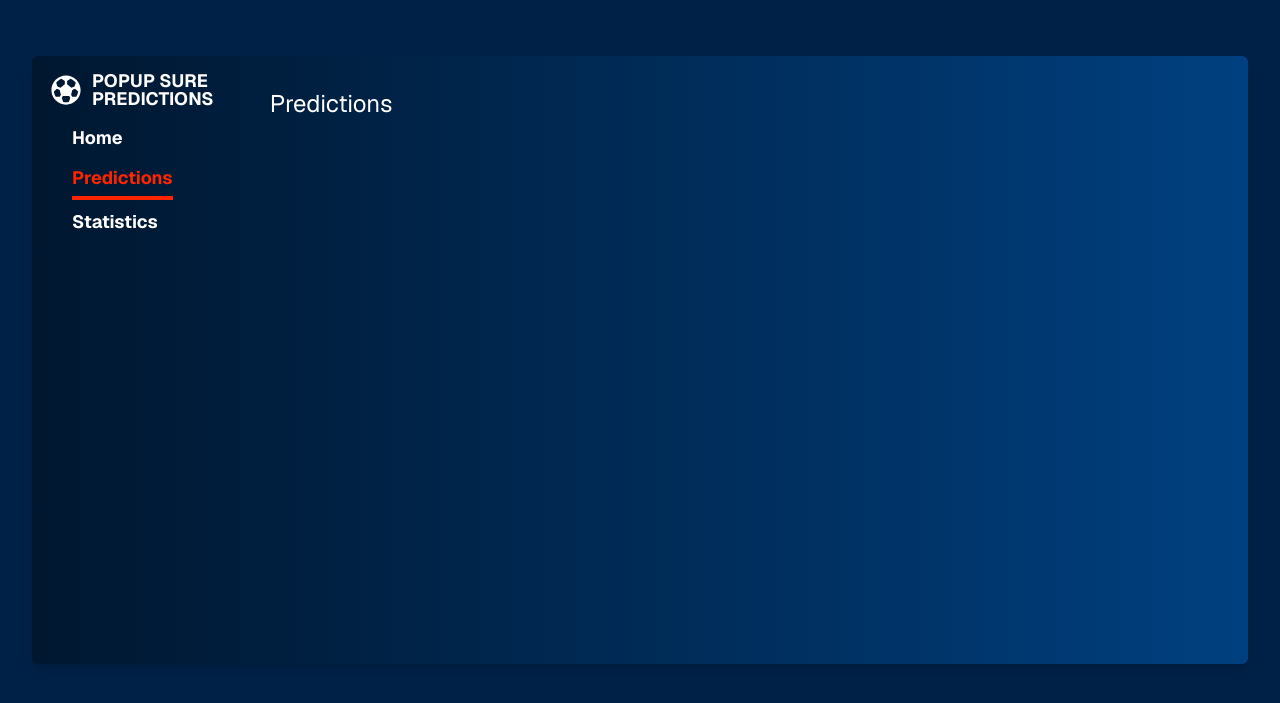
Repository: prototypedave/AlgoFooty
Page: /predictions (app in frontend/algo-footy/)
These files come from the project's save history. The page is drawn as it stood at one moment and after the next save; the edit follows.
The browser window is 1280 px wide. The pictures show the whole page.
The project was rebuilt for these pictures with package versions that can differ from the ones it lists, and the page was loaded fresh each time. The framework's server and built-in components were replaced by stand-ins that run in the browser. Also part of the build but not shown: frontend/algo-footy/next.config.ts.

Above is the page before, as saved 2025-11-03 06:30:04.

### frontend/algo-footy/app/predictions/page.tsx
"use client";

import Link from "next/link";
import { IoMdFootball } from "react-icons/io";
import { usePathname } from "next/navigation";

export default function Predictions() {
    const pathname = usePathname();
    return (
        <div className="relative flex flex-col min-h-screen items-center justify-center bg-oxford-blue font-sans">
            <nav className="absolute inset-x-0 top-0 bottom-0 bg-gradient-to-r from-[#001730] to-[#004080] text-white max-h-full rounded-md mx-8 my-14 shadow-lg flex gap-10 p-4">
                <div className="flex flex-col">
                    <div className="flex gap-2">
                        <IoMdFootball className="text-4xl"/>
                        <p className="text-lg font-bold leading-none">
                            <span className="block">POPUP SURE </span>
                            <span className="block">PREDICTIONS</span>
                        </p>
                    </div>
                    <div className="flex flex-col items-start gap-2 pt-4 pl-6 font-bold text-lg text-white">
                        <Link
                            href="/home"
                            className={`pb-1 ${
                            pathname === "/home"
                                ? "border-b-4 border-black font-bold"
                                : "border-b-0"
                            }`}
                        >
                            Home
                        </Link>
                        <Link href="/predictions"
                            className={`inline-block pb-1 ${
                                pathname === "/predictions"? "border-b-4 border-orange-red font-bold text-orange-red" : "border-b-0 border-orange-red"
                            }`}>Predictions</Link>
                        <Link href={"/statistics"}>Statistics</Link>
                    </div>
                </div>
                <div className="flex flex-col p-4">
                    <h1 className="text-2xl">Predictions</h1>
                </div>
            </nav>
        </div>
    );
}

### frontend/algo-footy/app/globals.css
@import "tailwindcss";

:root {
  --background: #ffffff;
  --foreground: #171717;
}

@theme inline {
  --color-background: var(--background);
  --color-foreground: var(--foreground);
  --font-sans: var(--font-geist-sans);
  --font-mono: var(--font-geist-mono);
}

@theme {
  --color-oxford-blue: #002147;
  --color-orange-red: #FF2400;
}

@media (prefers-color-scheme: dark) {
  :root {
    --background: #0a0a0a;
    --foreground: #ededed;
  }
}

body {
  background: var(--background);
  color: var(--foreground);
  font-family: Arial, Helvetica, sans-serif;
}

Loaded but not shown: frontend/algo-footy/app/layout.tsx (common file)

After the next save:
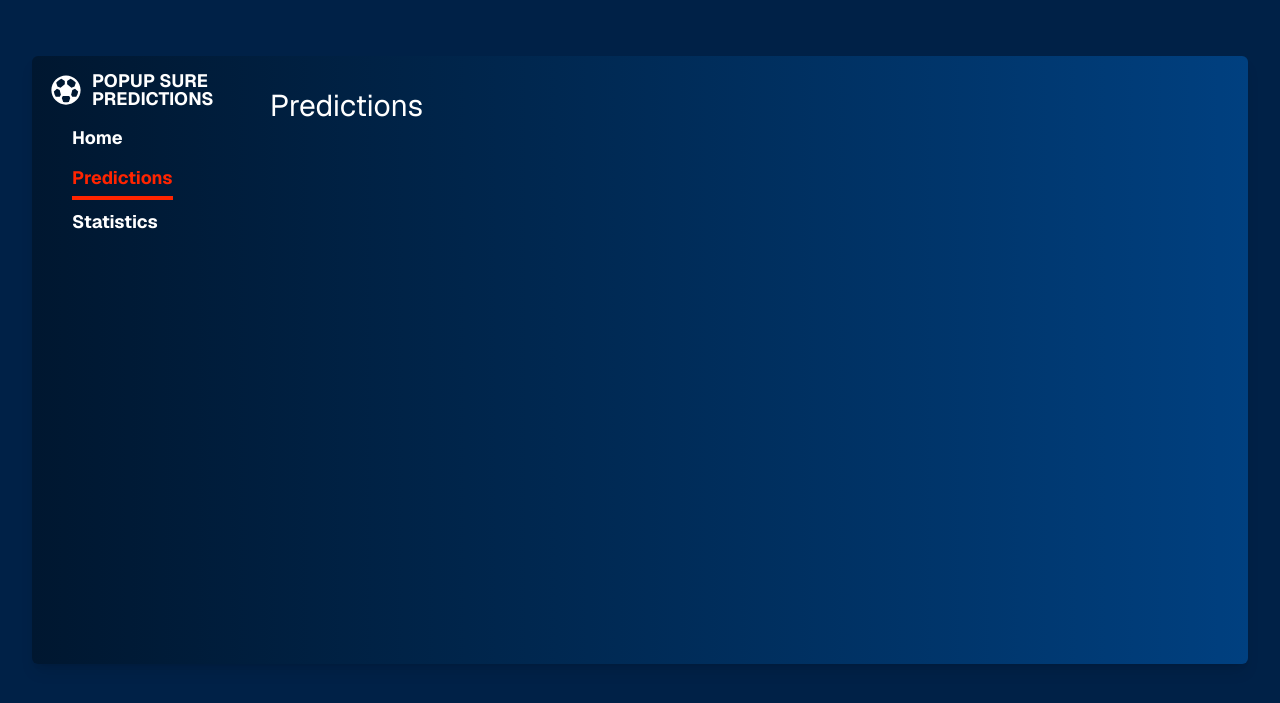
Saved 21 s later.
--- a/frontend/algo-footy/app/predictions/page.tsx
+++ b/frontend/algo-footy/app/predictions/page.tsx
@@ -36,7 +36,7 @@ export default function Predictions() {
                     </div>
                 </div>
                 <div className="flex flex-col p-4">
-                    <h1 className="text-2xl">Predictions</h1>
+                    <h1 className="text-3xl">Predictions</h1>
                 </div>
             </nav>
         </div>
